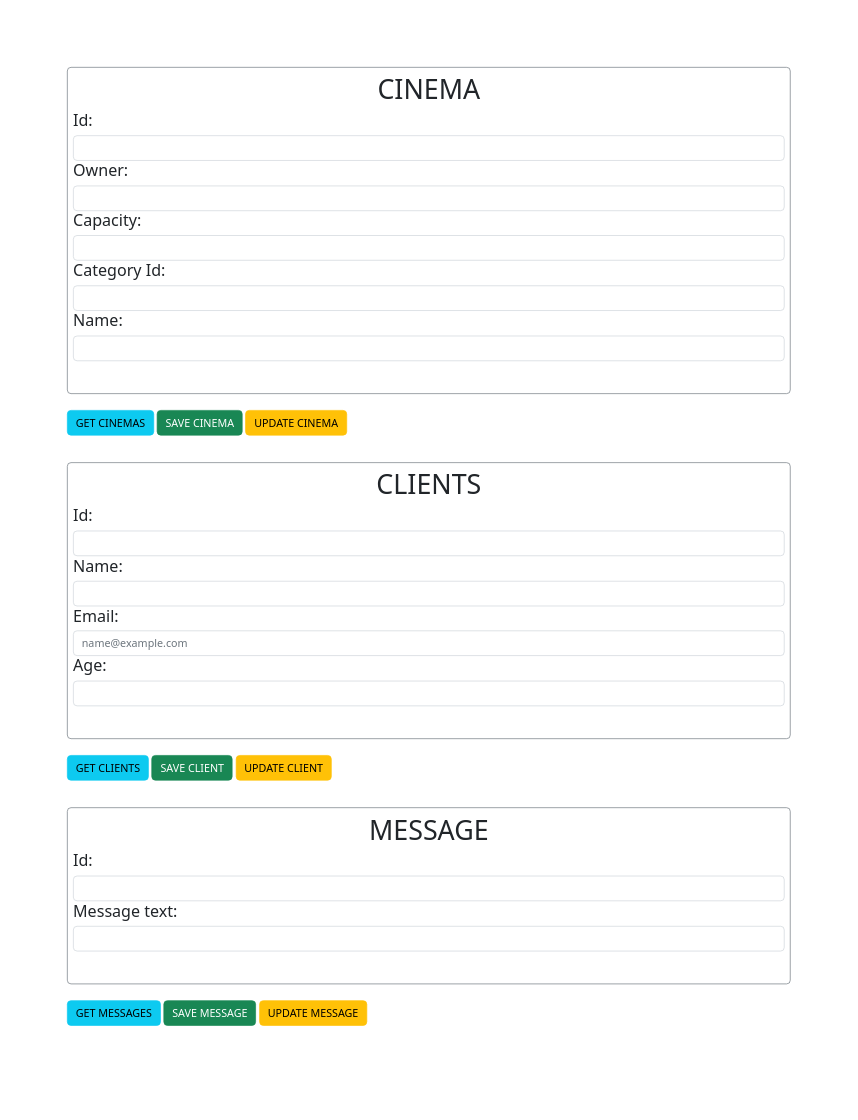
Repository: almendezl/MisionTIC
Page: index.html
These files come from the project's save history. The page is drawn as it stood at one moment and after the next save; the edit follows.
The browser window is 1280 px wide. The pictures show the whole page, at 67% of full size.

Above is the page before, as saved 2022-10-02 15:57:45.

### index.html
<html lang="en">
<head>
    <meta charset="UTF-8">
    <meta http-equiv="X-UA-Compatible" content="IE=edge">
    <meta name="viewport" content="width=device-width, initial-scale=1.0">
    <link rel="stylesheet" href="styles.css">
    <title>MISION TIC 2022 RETO 2</title>
</head>
<!-- add jquery api -->
<script src="https://ajax.googleapis.com/ajax/libs/jquery/3.6.1/jquery.min.js"></script>
<!-- add bootstrap -->
<link href="https://cdn.jsdelivr.net/npm/bootstrap@5.2.1/dist/css/bootstrap.min.css" rel="stylesheet" integrity="sha384-iYQeCzEYFbKjA/T2uDLTpkwGzCiq6soy8tYaI1GyVh/UjpbCx/TYkiZhlZB6+fzT" crossorigin="anonymous">
<!-- add the file with the script -->
<script type="text/javascript" src="myScript.js"></script>
<body>
    <!-- cinema front -->
    <div class=" p-2 rounded border border-secondary" >
        <h1 class="text-center">CINEMA</h1>
        <form action="">
            <div class="form-group">
                <h4 class="label label-default" >Id: </h4>
                <input  class="form-control" type="number" id="cinemaId">
            </div>

            <div class="form-group">
                <h4 class="label label-default" >Owner: </h4>
                <input class="form-control" type="text" id="cinemaOwner">
            </div>

            <div class="form-group">
                <h4 class="label label-default" >Capacity: </h4>
                <input class="form-control" type="number" id="cinemaCapacity" >
            </div>

            <div class="form-group">
                <h4 class="label label-default" >Category Id: </h4>
                <input class="form-control" type="number" id="cinemaCategory">
            </div>

            <div class="form-group">
                <h4 class="label label-default" >Name: </h4>
                <input class="form-control" type="text" id="cinemaName"><br>
            </div>

        </form>
    </div>
    <br>
    <div id="cinemaAlert">

    </div>



    <button class="btn btn-info" onclick="getCinemas()">GET CINEMAS</button>

    <button class="btn btn-success" onclick="setCinema()">SAVE CINEMA</button>

    <button class="btn btn-warning" onclick="updateCinema()">UPDATE CINEMA</button><br><br>


    <table class="table table-striped" id="cinemasList">


    </table>

    <!-- Clients front  -->
    <div class=" p-2 rounded border border-secondary" >
    <h1 class="text-center">CLIENTS</h1>
        <form action="">
            <div class="form-group">
                <h4 class="label label-default" >Id: </h4>
                <input class="form-control" type="number" id="clientId">
            </div>

            <div class="form-group">
                <h4 class="label label-default" >Name: </h4>
                <input class="form-control" type="text" id="clientName">
            </div>

            <div class="form-group">
                <h4 class="label label-default" >Email: </h4>
                <input class="form-control" type="text" id="clientEmail" placeholder="name@example.com">
            </div>

            <div class="form-group">
                <h4 class="label label-default" >Age: </h4>
                <input class="form-control" type="number" id="clientAge"><br>
            </div>

        </form>
    </div>
    <br>

    <div id="clientAlert">

    </div>



    <button class="btn btn-info" onclick="getClients()">GET CLIENTS</button>

    <button class="btn btn-success" onclick="setClient()">SAVE CLIENT</button>

    <button class="btn btn-warning" onclick="updateClient()">UPDATE CLIENT</button><br><br>


    <table class="table table-striped" id="clientsList">


    </table>

    <!-- Message front  -->
    <div class=" p-2 rounded border border-secondary" >
        <h1 class="text-center">MESSAGE</h1>

        <form action="" >
            <div class="form-group">
                <h4 class="label label-default" >Id: </h4>
                <input class="form-control" type="number" id="messageId">
            </div>

            <div class="form-group">
                <h4 class="label label-default" >Message text: </h4>
                <input class="form-control" type="text" id="messageText"><br>
            </div>


        </form>
    </div>
    <br>

    <div id="messageAlert">

    </div>



    <button class="btn btn-info" onclick="getMessages()">GET MESSAGES</button>

    <button class="btn btn-success" onclick="setMessage()">SAVE MESSAGE</button>

    <button class="btn btn-warning" onclick="updateMessage()">UPDATE MESSAGE</button><br><br>


    <table class="table table-striped" id="messagesList">


    </table>

</body>
</html>

### styles.css
body {

    padding: 100px 100px;
  }

### myScript.js
let urlCinema = "https://gbc0751b79176df-fy68ude9ajgxmklv.adb.us-ashburn-1.oraclecloudapps.com/ords/admin/cinema/cinema";
let urlClient = "https://gbc0751b79176df-fy68ude9ajgxmklv.adb.us-ashburn-1.oraclecloudapps.com/ords/admin/client/client";
let urlMessage = "https://gbc0751b79176df-fy68ude9ajgxmklv.adb.us-ashburn-1.oraclecloudapps.com/ords/admin/message/message";


/**
 * ----------------CINEMAS ---------------------
 */
function getCinemas(){

    $.ajax({
        url:  urlCinema,
        type: 'GET',
        dataType: 'json',

        success: function(cinemas){
            console.log(cinemas);
            let cs= cinemas.items;
            //$('#clientsList').append("<h2>Clients List</h2>");
            $('#cinemasList').empty();
            if(cs.length > 0){

                $('#cinemasList').append("<thead><tr><th scope='col'>Id</th><th scope='col'>Owner</th><th scope='col'>Capacity</th><th scope='col'>Category Id</th> <th scope='col'>Name</th><th scope='col'>Options</th></tr></thead><tbody></tbody>");
                for(i = 0; i<cs.length; i++){

                    $('#cinemasList').append("<tr><th scope='row'>"+cs[i].id+"</th><td>"+cs[i].owner+"</td><td>"+cs[i].capacity+"</td><td>"+cs[i].category_id+"</td><td>"+cs[i].name+"</td><td>"+"<button class='btn btn-secondary' onclick='editCinema("+JSON.stringify(cs[i])+")'>EDIT</button> <button class='btn btn-danger' onclick='deleteCinema("+cs[i].id+")'>DELETE</button></td></tr>");

                }
            }else{
                $('#cinemasList').append("<h4 class='text-center'>No entries</h4>");
            }

        },
        error: function(xhr, status){
            alert("A problem has occurred");
        },
        complete: function(xhr, status){
            //alert("Request made");
        }
    });

}
function editCinema(item){
console.log(item);

}

function setCinema(){

    let id = $("#cinemaId").val();
    let owner = $("#cinemaOwner").val();
    let capacity = $("#cinemaCapacity").val();
    let category = $("#cinemaCategory").val();
    let name = $("#cinemaName").val();

    $("#cinemaAlert").empty();
    if (id != "" && owner != "" && capacity != "" && category != "" && name != ""){
        let data = {
            id: id,
            owner: owner,
            capacity: capacity,
            category_id: category,
            name: name

        };

        let dataToSend = JSON.stringify(data);

        console.log(dataToSend);

        $.ajax({
            url: urlCinema,
            type: 'POST',
            //dataType: 'json',
            data: dataToSend,
             contentType: "application/json",

            success: function(json){
                console.log(json);
                //Clean the inputs
                $("#cinemaId").val('');
                $("#cinemaOwner").val('');
                $("#cinemaCapacity").val('');
                $("#cinemaCategory").val('');
                $("#cinemaName").val('');
                getCinemas();
            },
            error: function(xhr, status){
                //alert("A problem has occurred");

            },
            complete: function(xhr, status){
                //alert("Request made");

            }
        });

    }else{
        $("#cinemaAlert").append("<div class='alert alert-danger' role='alert'>There can be no empty fields!</div>");
    }



}

function updateCinema(){
    let id = $("#cinemaId").val();
    let owner = $("#cinemaOwner").val();
    let capacity = $("#cinemaCapacity").val();
    let category = $("#cinemaCategory").val();
    let name = $("#cinemaName").val();

    let data = {
        id: id,
        owner: owner,
        capacity: capacity,
        category_id: category,
        name: name

    };

    let dataToSend = JSON.stringify(data);

    console.log(dataToSend);

    $.ajax({
        url: urlCinema,
        type: 'PUT',
        //dataType: 'json',
        data: dataToSend,
        contentType: "application/json",

        success: function(json){
            console.log(json);
            //Clean the inputs
            $("#cinemaId").val('');
            $("#cinemaOwner").val('');
            $("#cinemaCapacity").val('');
            $("#cinemaCategory").val('');
            $("#cinemaName").val('');
            getCinemas();
        },
        error: function(xhr, status){
            //alert("A problem has occurred");

        },
        complete: function(xhr, status){
            //alert("Request made");

        }
    });
}

function deleteCinema(cinemaId){


    let data = {
        id: cinemaId

    };

    let dataToSend = JSON.stringify(data);

    console.log(dataToSend);

    $.ajax({
        url: urlCinema,
        type: 'DELETE',
        //dataType: 'json',
        data: dataToSend,
        contentType: "application/json",

        success: function(json){
            console.log(json);
            //Clean the inputs
            $("#cinemaId").val('');
            $("#cinemaOwner").val('');
            $("#cinemaCapacity").val('');
            $("#cinemaCategory").val('');
            $("#cinemaName").val('');
            getCinemas();
        },
        error: function(xhr, status){
            //alert("A problem has occurred");

        },
        complete: function(xhr, status){
            //alert("Request made");

        }
    });
}

/**
 * ----------------CLIENTS ---------------------
 */

function getClients(){

    $.ajax({
        url: urlClient,
        type: 'GET',
        dataType: 'json',

        success: function(clients){
            console.log(clients);
            let cs= clients.items;
            //$('#clientsList').append("<h2>Clients List</h2>");
            $('#clientsList').empty();
            if(cs.length > 0){
                $('#clientsList').append("<thead><tr><th scope='col'>Id</th><th scope='col'>Name</th><th scope='col'>Email</th><th scope='col'>Age</th> <th scope='col'>Option</th></tr></thead><tbody></tbody>");
                for(i = 0; i<cs.length; i++){
                    //$('#clientsList').append("<b>"+cs[i].id+" "+cs[i].name+" </b> "+cs[i].email+"   <button class='btn btn-danger'    onclick='deleteClient("+cs[i].id+")'>DELETE</button>"+"<br>");
                    $('#clientsList').append("<tr><th scope='row'>"+cs[i].id+"</th><td>"+cs[i].name+"</td><td>"+cs[i].email+"</td><td>" +cs[i].age+"</td><td>"+"<button class='btn btn-danger' onclick='deleteClient("+cs[i].id+")'>DELETE</button></td></   tr>");

                }
            }else{
                $('#clientsList').append("<h4 class='text-center'>No entries</h4>");
            }

        },
        error: function(xhr, status){
            alert("A problem has occurred");
        },
        complete: function(xhr, status){
            //alert("Request made");
        }
    });

}

function setClient(){

    let clientId = $("#clientId").val();
    let clientName = $("#clientName").val();
    let clientEmail = $("#clientEmail").val();
    let clientAge = $("#clientAge").val();
    $("#clientAlert").empty();

    if(clientId != '' && clientName != '' && clientEmail != '' && clientAge != '' ){
        let data = {
            id: clientId,
            name: clientName,
            email: clientEmail,
            age: clientAge

        };

        let dataToSend = JSON.stringify(data);

        console.log(dataToSend);

        $.ajax({
            url: urlClient,
            type: 'POST',
            //dataType: 'json',
            data: dataToSend,
             contentType: "application/json",

            success: function(json){
                console.log(json);
                //Clean the inputs
                $("#clientId").val('');
                $("#clientName").val('');
                $("#clientEmail").val('');
                $("#clientAge").val('');
                getClients();
            },
            error: function(xhr, status){
                //alert("A problem has occurred");

            },
            complete: function(xhr, status){
                //alert("Request made");

            }
        });
    } else{
        $("#clientAlert").append("<div class='alert alert-danger' role='alert'>There can be no empty fields!</div>");
    }





}

function updateClient(){
    let clientId = $("#clientId").val();
    let clientName = $("#clientName").val();
    let clientEmail = $("#clientEmail").val();
    let clientAge = $("#clientAge").val();

    let data = {
        id: clientId,
        name: clientName,
        email: clientEmail,
        age: clientAge

    };

    let dataToSend = JSON.stringify(data);

    console.log(dataToSend);

    $.ajax({
        url:urlClient,
        type: 'PUT',
        //dataType: 'json',
        data: dataToSend,
        contentType: "application/json",

        success: function(json){
            console.log(json);
            //Clean the inputs
            $("#clientId").val('');
            $("#clientName").val('');
            $("#clientEmail").val('');
            $("#clientAge").val('');
            getClients();
        },
        error: function(xhr, status){
            //alert("A problem has occurred");

        },
        complete: function(xhr, status){
            //alert("Request made");

        }
    });
}

function deleteClient(clientId){


    let data = {
        id: clientId

    };

    let dataToSend = JSON.stringify(data);

    console.log(dataToSend);

    $.ajax({
        url:urlClient,
        type: 'DELETE',
        //dataType: 'json',
        data: dataToSend,
        contentType: "application/json",

        success: function(json){
            console.log(json);
            //Clean the inputs
            $("#clientId").val('');
            $("#clientName").val('');
            $("#clientEmail").val('');
            $("#clientAge").val('');
            getClients();
        },
        error: function(xhr, status){
            //alert("A problem has occurred");

        },
        complete: function(xhr, status){
            //alert("Request made");

        }
    });
}

/**
 * ----------------MESSAGE ---------------------
 */

 function getMessages(){

    $.ajax({
        url: urlMessage,
        type: 'GET',
        dataType: 'json',

        success: function(clients){
            console.log(clients);
            let cs= clients.items;
            //$('#clientsList').append("<h2>Clients List</h2>");
            $('#messagesList').empty();
           if(cs.length > 0){
                $('#messagesList').append("<thead><tr><th scope='col'>Id</th><th scope='col'>Message text</th><th scope='col'>Option</th></tr></thead><tbody></tbody>");
                 for(i = 0; i<cs.length; i++){

                     $('#messagesList').append("<tr><th scope='row'>"+cs[i].id+"</th><td>"+cs[i].messagetext+"</td><td>"+"<button       class='btn btn-danger' onclick='deleteMessage("+cs[i].id+")'>DELETE</button></td></tr>");

                 }
           }else{
            $('#messagesList').append("<h4 class='text-center'>No entries</h4>");
           }

        },
        error: function(xhr, status){
            alert("A problem has occurred");
        },
        complete: function(xhr, status){
            //alert("Request made");
        }
    });

}

function setMessage(){
    let id = $("#messageId").val();
    let messageText = $("#messageText").val();
    $("#messageAlert").empty();

    if(id != '' && messageText != ''){
        let data = {
            id: id,
            messagetext: messageText,

        };

        let dataToSend = JSON.stringify(data);

        console.log(dataToSend);

        $.ajax({
            url: urlMessage,
            type: 'POST',
            //dataType: 'json',
            data: dataToSend,
             contentType: "application/json",

            success: function(json){
                console.log(json);
                //Clean the inputs
                $("#messageId").val('');
                $("#messageText").val('');
                getMessages();
            },
            error: function(xhr, status){
                //alert("A problem has occurred");

            },
            complete: function(xhr, status){
                //alert("Request made");

            }
        });

    } else{
        $("#messageAlert").append("<div class='alert alert-danger' role='alert'>There can be no empty fields!</div>");
    }




}

function updateMessage(){
    let id = $("#messageId").val();
    let messageText = $("#messageText").val();

    let data = {
        id: id,
        messagetext: messageText,

    };

    let dataToSend = JSON.stringify(data);

    console.log(dataToSend);

    $.ajax({
        url:urlMessage,
        type: 'PUT',
        //dataType: 'json',
        data: dataToSend,
        contentType: "application/json",

        success: function(json){
            console.log(json);
            //Clean the inputs
            $("#messageId").val('');
            $("#messageText").val('');
            getMessages();
        },
        error: function(xhr, status){
            //alert("A problem has occurred");

        },
        complete: function(xhr, status){
            //alert("Request made");

        }
    });
}

function deleteMessage(messageId){


    let data = {
        id: messageId

    };

    let dataToSend = JSON.stringify(data);

    console.log(dataToSend);

    $.ajax({
        url:urlMessage,
        type: 'DELETE',
        //dataType: 'json',
        data: dataToSend,
        contentType: "application/json",

        success: function(json){
            console.log(json);
            //Clean the inputs
            $("#messageId").val('');
            $("#messageText").val('');
            getMessages();
        },
        error: function(xhr, status){
            //alert("A problem has occurred");

        },
        complete: function(xhr, status){
            //alert("Request made");

        }
    });
}

After the next save:
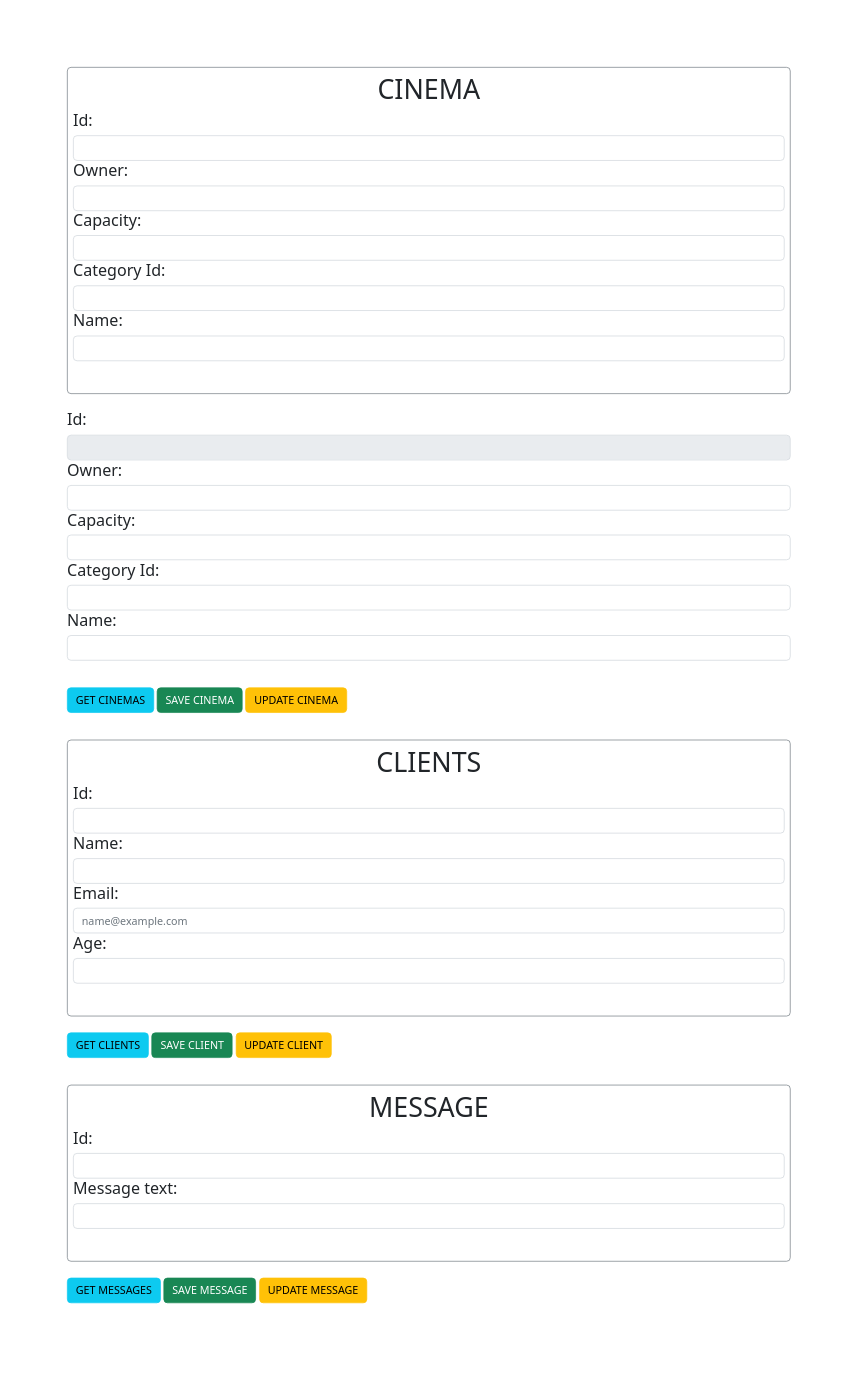
Saved 2 min 45 s later.
--- a/index.html
+++ b/index.html
@@ -45,9 +45,41 @@
         </form>
     </div>
     <br>
+    <div id="editCinema">
+        <form action="">
+            <div class="form-group">
+                <h4 class="label label-default" >Id: </h4>
+                <input disabled class="form-control" type="number" id="cinemaIdEdit">
+            </div>
+
+            <div class="form-group">
+                <h4 class="label label-default" >Owner: </h4>
+                <input class="form-control" type="text" id="cinemaOwnerEdit">
+            </div>
+
+            <div class="form-group">
+                <h4 class="label label-default" >Capacity: </h4>
+                <input class="form-control" type="number" id="cinemaCapacityEdit" >
+            </div>
+
+            <div class="form-group">
+                <h4 class="label label-default" >Category Id: </h4>
+                <input class="form-control" type="number" id="cinemaCategoryEdit">
+            </div>
+
+            <div class="form-group">
+                <h4 class="label label-default" >Name: </h4>
+                <input class="form-control" type="text" id="cinemaNameEdit"><br>
+            </div>
+
+        </form>
+
+    </div>
+
     <div id="cinemaAlert">
 
     </div>
+
 
 
 
